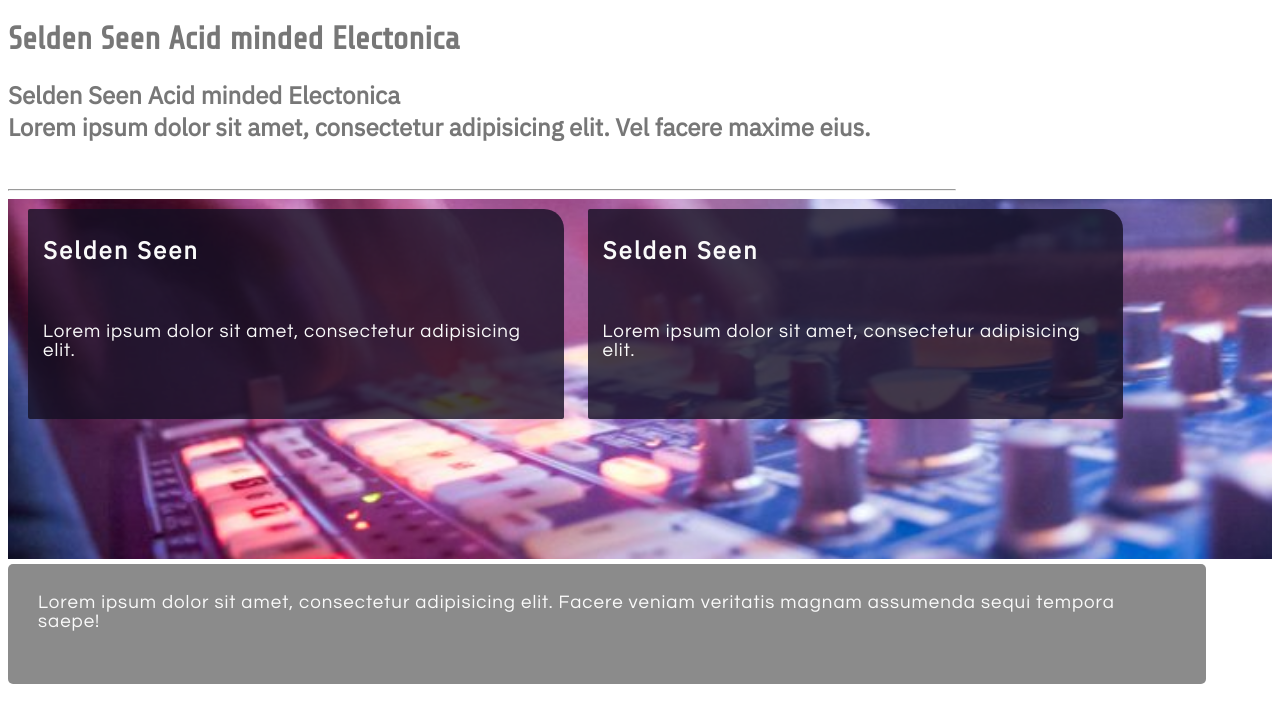
Repository: josvelema/milestone
Page: index.html
The author's editor kept a record of every edit. The page is drawn from the files as they stood at one moment, then again after the next edit.
The browser window is 1280 px wide. The pictures show the whole page.

Above is the page before.

### index.html
<!DOCTYPE html>
<html lang="en">

<head>
    <meta charset="UTF-8">
    <meta name="viewport" content="width=device-width, initial-scale=1.0">
    <meta http-equiv="X-UA-Compatible" content="ie=edge">
    <link href="https://fonts.googleapis.com/css?family=IBM+Plex+Sans|Questrial|Share+Tech&display=swap" rel="stylesheet">
    <link href="CSS/style.css" rel="stylesheet" type="text/css">
    <title>Selden Seen</title>
</head>

<body>
    <header class="head">
        <h1> Selden Seen Acid minded Electonica<br>
        </h1>
        <h2> Selden Seen Acid minded Electonica
            <br> Lorem ipsum dolor sit amet, consectetur adipisicing elit. Vel facere maxime eius.</h2>
        <br>
        <Hr>
    </header>
    <section>
        <div class="hero-image">
            <aside>
            <div class="callout">
                <h2>Selden Seen</h2>
                <br>
                <h3>Lorem ipsum dolor sit amet, consectetur adipisicing elit.</h3>
            </div>
            <div class="callout">
                <h2>Selden Seen</h2>
                <br>
                <h3>Lorem ipsum dolor sit amet, consectetur adipisicing elit.</h3>
            </div>

            </aside>
        </div>
    </section>
    <br>
    <footer>
    <div class="foot"><h3>Lorem ipsum dolor sit amet, consectetur adipisicing elit. Facere veniam veritatis magnam assumenda sequi tempora saepe!</h3></div>
    </footer>
</body>

</html>

### CSS/style.css
@import url('https://fonts.googleapis.com/css?family=IBM+Plex+Sans|Questrial|Share+Tech&display=swap');

h1 {
    font-family: 'Share Tech', sans-serif;
}


h3 {
    font-family: 'Questrial', sans-serif;
    font-weight:300;
    letter-spacing: 1px;
}

h2 {
    font-family: 'IBM Plex Sans', sans-serif;
}
.head {
    background-color:transparent;
    width:75%;
    color: #777777;
}
.hero-image{
    background: url("../img/emxheroimage.jpg")no-repeat center center fixed;
    background-position: relative;
    background-repeat: no-repeat;
    background-size: cover;
    min-height: 360px;
    transition: all 5s ease-in-out;
    -moz-transition: all .5s ease-in-out;
    -webkit-transition: all .5s ease-in-out;
    background-color: rgba(0,0,0,0.5);
     width:100%;
      float: left;

    }



.callout {
        font-family: 'Share Tech', sans-serif;
        color: #fafafa;
        letter-spacing: 2px;
        font-weight:300;
        width:40%;
        height:200px;
        margin-top: 10px;
        margin-left:20px;
        margin-bottom: 40px;
        padding:5px 15px 5px 15px;
        background-color: rgba(20,15,35,0.8);
        border-top-right-radius: 20px;
        border-top-left-radius: 2px;
        border-bottom-left-radius: 2px;
        border-bottom-right-radius: 2px;
        display: inline-block;
}

.foot {
    width: 90%;
    height: 100px;
    background-color: rgba(25,25,25,0.5);
    color: #fafafa;
    border-radius: 5px 5px;
    border-color: #777777;
    position: relative;
    float: left;
    margin:5px auto;
    padding: 10px 30px 10px 30px;

}

After the next edit:
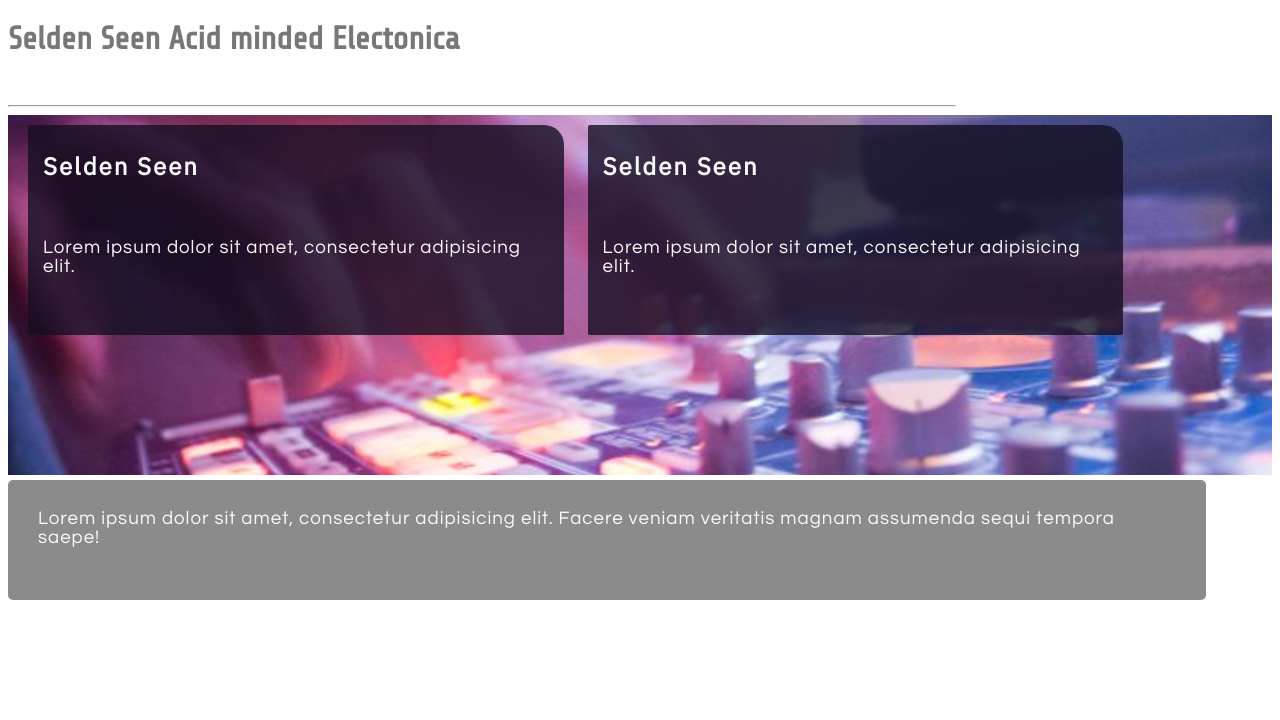
The edit:
--- a/index.html
+++ b/index.html
@@ -14,8 +14,7 @@
     <header class="head">
         <h1> Selden Seen Acid minded Electonica<br>
         </h1>
-        <h2> Selden Seen Acid minded Electonica
-            <br> Lorem ipsum dolor sit amet, consectetur adipisicing elit. Vel facere maxime eius.</h2>
+
         <br>
         <Hr>
     </header>
